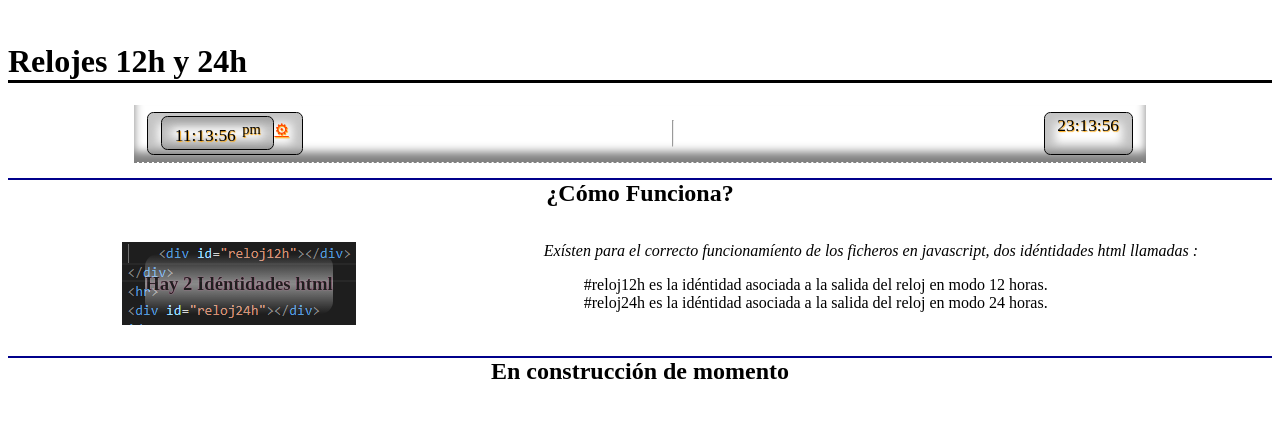
Repository: marcostonfor/clocks
Page: index.html
The author's editor kept a copy of each file at every save. The page is drawn from the files as they stood at one save, then again after the next save.
The browser window is 1280 px wide. The pictures show the whole page.

Above is the page before, as saved 2024-09-18 23:21:14.

### index.html
<!DOCTYPE html>
<html lang="ca-ES, en-US">

<head>
    <meta charset="utf-8">
    <meta name="viewport" content="width=device-width, initial-scale=1">
    <title>relojes</title>
    <style>
        h1 {
            margin-top: 6vh;
            border-bottom: 0.3vw solid black;
        }

        #dosRelojes {
            width: 80%;
            height: auto;
            margin: 2vh auto;
            padding: 1vh 1vw;
            display: flex;
            border-bottom: 0.1vw dashed gray;
            /* box-shadow: inset -0.2vh 0 06px hsl(41, 100%, 50%); */
            box-shadow: inset 0 -10px 10px rgba(0, 0, 0, 0.5);
        }

        summary::marker {
            content: none !important;
        }

        summary {
            cursor: pointer !important;
            color: orangered;
            text-decoration: underline;
            margin: 0.5vh auto;
            font-size: 12pt;
        }

        #caja12h {
            display: flex;
        }

        h2 {
            text-align: center;
            margin-top: 2vh;
            border-top: 0.2vw solid darkblue;
        }

        #identidades_principales {
            display: flex;
            justify-content: space-around;
            align-items:
        }

        .conFoto figure {
            position: relative;
            display: flex;
            align-items: center;
            justify-content: center;
        }

        .conFoto figure figcaption {
            position: absolute;
            border-radius: 1vw;
            text-shadow: 0 0 1px hotpink;
            background-image:  repeating-linear-gradient(0deg, transparent, hsla(0, 0%, 96%, 0.5), transparent);
            mix-blend-mode: screen;
        }
    </style>
</head>

<body>
    <header>
        <h1>Relojes 12h y 24h</h1>
        <aside id="dosRelojes">
            <div id="caja12h">
                <div id="reloj12h"></div>
            </div>
            <hr>
            <div id="reloj24h"></div>
        </aside>
        <nav></nav>
    </header>
    <main>
        <h2>¿Cómo Funciona?</h2>
        <section id="identidades_principales">
            <article class="conFoto">
                <figure>
                    <img src="./img/identidades.png" alt="foto de las id principales">
                <figcaption><h3>Hay 2 Idéntidades html</h3></figcaption>
                </figure>
            </article>
            <article class="conTexto">
                <p>
                    <cite>Exísten para el correcto funcionamíento de los ficheros en javascript, dos idéntidades html
                        llamadas :</cite>
                <blockquote>
                    #reloj12h es la idéntidad asociada a la salida del reloj en modo 12 horas.
                    <br>
                    #reloj24h es la idéntidad asociada a la salida del reloj en modo 24 horas.
                </blockquote>
                </p>
            </article>
        </section>
    </main>
    <h2>En construcción de momento</h2>
    <script type="module" src="./relojes.js"></script>
</body>

</html>

### relojes.js

import { estilosPersonales } from './archivoEstilos.js';
import { conf12h } from './archivoConfiguracion.js';
function laHora() {
	const Reloj = class {
		constructor(formato, salida) {
			this.ahora = new Date();
			this.reloj = {
				hora: this.ahora.getHours(),
				minuto: this.ahora.getMinutes(),
				segundo: this.ahora.getSeconds()
			};
			this._formato = formato;
			this._salida = salida;
		}

		get formato() {
			return this._formato;
		}

		get salida() {
			return this._salida;
		}

		set formato(horaActual) {
			this._formato = horaActual;
		}

		set salida(output) {
			this._salida = output;
		}

		anyadirCero(formatear) {
			return formatear <= 9 ? "0" + formatear : formatear;
		}

		_12h() {
			let horas = this.reloj.hora % 12;
			if (horas === 0) horas = 12;
			const amOpm = this.reloj.hora >= 12 ? "pm" : "am";
			this._formato = `${this.anyadirCero(horas)}:${this.anyadirCero(this.reloj.minuto)}:${this.anyadirCero(this.reloj.segundo)}<sup>${amOpm}</sup>`;
			return this._formato;
		}

		_24h() {
			this._formato = `${this.anyadirCero(this.reloj.hora)}:${this.anyadirCero(this.reloj.minuto)}:${this.anyadirCero(this.reloj.segundo)}`;
			return this._formato;
		}
	};

	const laSalida = () => {
		const salida = document.getElementById("reloj12h");
		const salida24h = document.getElementById("reloj24h");
		const doceHoras = new Reloj();
	//	salida.innerHTML = doceHoras._12h();
	//	salida24h.innerHTML = doceHoras._24h();

 // Verifica si existe el elemento #reloj12h
 if (salida) {
	salida.innerHTML = doceHoras._12h();
	conf12h(); // Llamada a la función conf12h() si el elemento existe
}

// Verifica si existe el elemento #reloj24h
if (salida24h) {
	salida24h.innerHTML = doceHoras._24h();
}


	function estiloscss(estilosPersonales) {

		const estils = document.createElement('STYLE');
		estils.textContent = `
* {
    box-sizing: border-box;
}

div {
    text-align: center;
    width: fit-content;
    border: 0.1vw solid black;
    font-size: 13pt;
    padding: 0.5vh 1vw;
    box-shadow: inset 0 0 10px 10px hsla(0, 0%, 41%, 0.397);
    font-family: 'Comic Sans MS';
    color: black;
    text-shadow: 0.1vh 0.1vw 1px orange;
    border-radius: 0.5vw;
}


sup {
    margin-left: 0.5vw !important;
}
	`;
		if (estilosPersonales) {
			estils.textContent += estilosPersonales;
		}


		document.head.appendChild(estils);
}

	// Llamada a la función con estilos adicionales
	estiloscss(estilosPersonales);


	};

// estiloscss();
return setInterval(laSalida, 1000);
}
laHora();

### archivoEstilos.js
export const estilosPersonales = `

    `;

### archivoConfiguracion.js
export function conf12h() {
    const config = document.createElement('DETAILS');
    const summary = document.createElement('SUMMARY');
    summary.innerHTML = `&#9881;`;
    config.appendChild(summary);

    // Verificar si el checkbox ya existe
    if (!document.getElementById('miCheckbox')) {
        const checkbox = document.createElement('input');
        checkbox.type = 'checkbox';
        checkbox.id = 'miCheckbox';
        checkbox.checked = true; // Mostrar <sup> por defecto

        const label = document.createElement('label');
        label.htmlFor = 'miCheckbox'; // Asegúrate de que coincida con el id del checkbox
        label.textContent = 'Ver "am" "pm"';

        // Crear un elemento <style> para manejar la visibilidad de <sup>
        let estils = document.getElementById('dynamicStyles');
        if (!estils) {
            estils = document.createElement('style');
            estils.id = 'dynamicStyles';
            document.head.appendChild(estils);
        }

        // Función para actualizar el estilo de <sup>
        const updateSupVisibility = () => {
            if (checkbox.checked) {
                estils.textContent = `
                    sup {
                        display: inline !important;
                    }
                `;
            } else {
                estils.textContent = `
                    sup {
                        display: none !important;
                    }
                `;
            }
        };

        // Inicializar el estilo de <sup>
        updateSupVisibility();

        // Agregar un evento al checkbox para alternar la visibilidad de <sup>
        checkbox.addEventListener('change', updateSupVisibility);

        const mostrarConfiguracion = document.getElementById('caja12h');
        // Agregar el checkbox y el label al cuerpo del documento
        label.appendChild(checkbox);
        config.appendChild(label);
        mostrarConfiguracion.appendChild(config);
    }
}

After the next save:
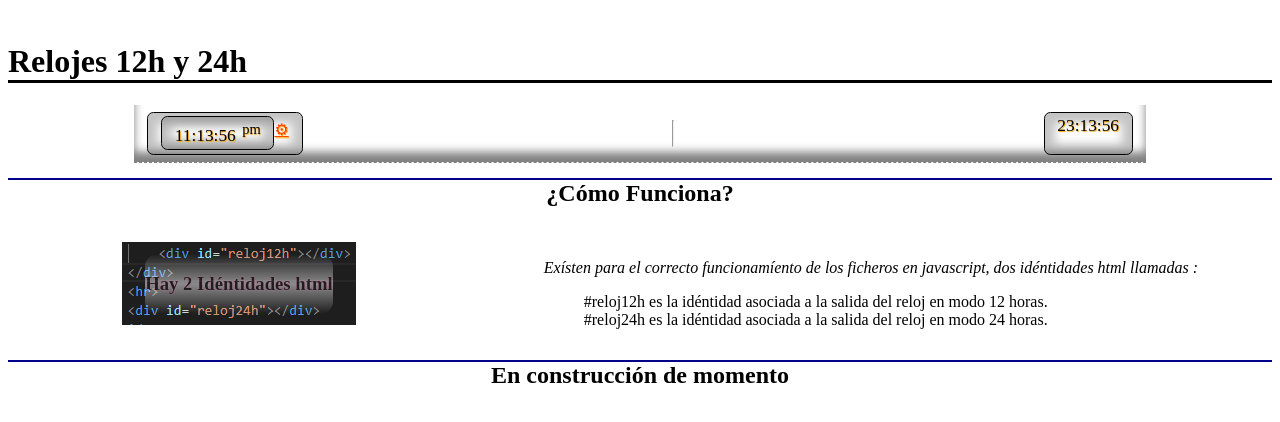
Saved 6 s later.
--- a/index.html
+++ b/index.html
@@ -47,7 +47,7 @@
         #identidades_principales {
             display: flex;
             justify-content: space-around;
-            align-items:
+            align-items:last baseline
         }
 
         .conFoto figure {
